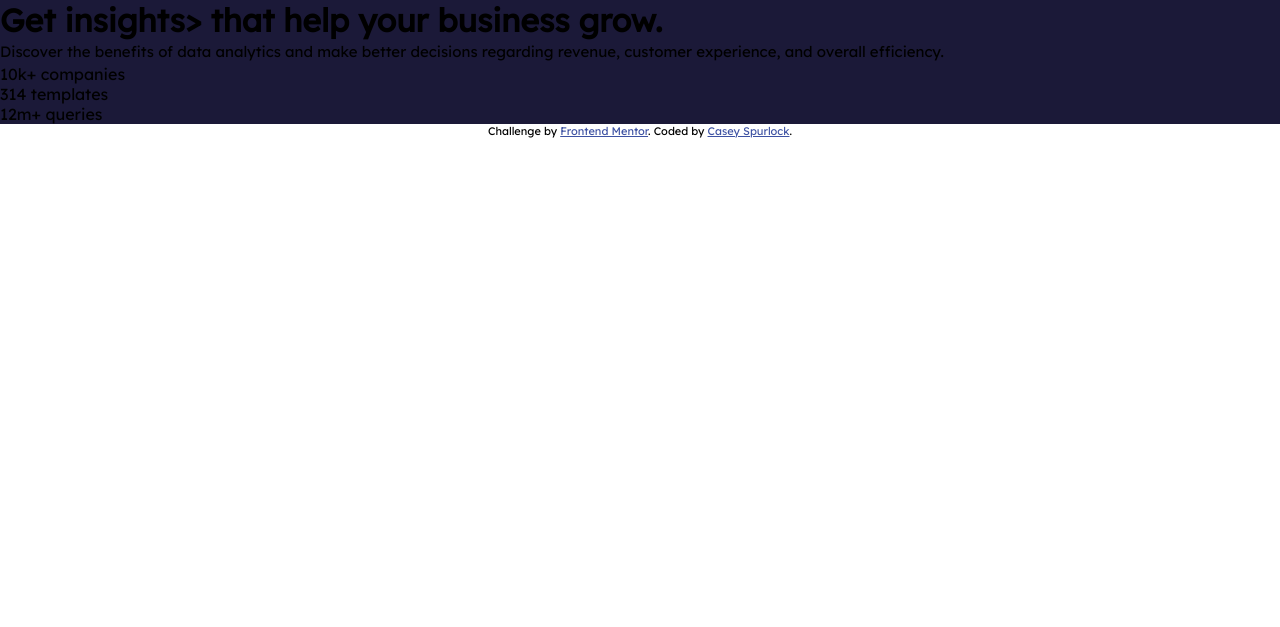
Repository: CaseySpurlock/stats-prewiew-component
Page: index.html
The author's editor kept a copy of each file at every save. The page is drawn from the files as they stood at one save, then again after the next save.
The browser window is 1280 px wide. The pictures show the whole page.

Above is the page before, as saved 2021-06-22 00:55:16.

After the next save:
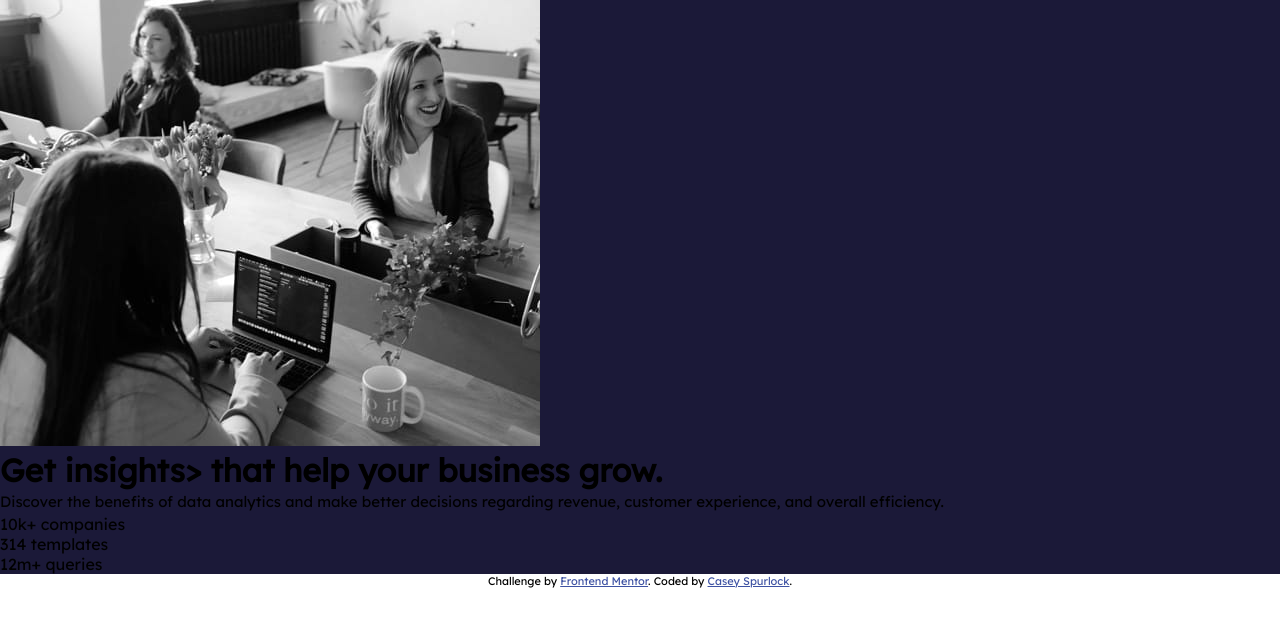
Saved 42 s later.
--- a/index.html
+++ b/index.html
@@ -21,6 +21,7 @@
     <div class="card">
       <picture>
         <source media="(min-width: 768px)" srcset="images/image-header-desktop.jpg">
+        <img src="images/image-header-desktop.jpg" alt="">
       </picture>
     </div>
       <div class="card">
